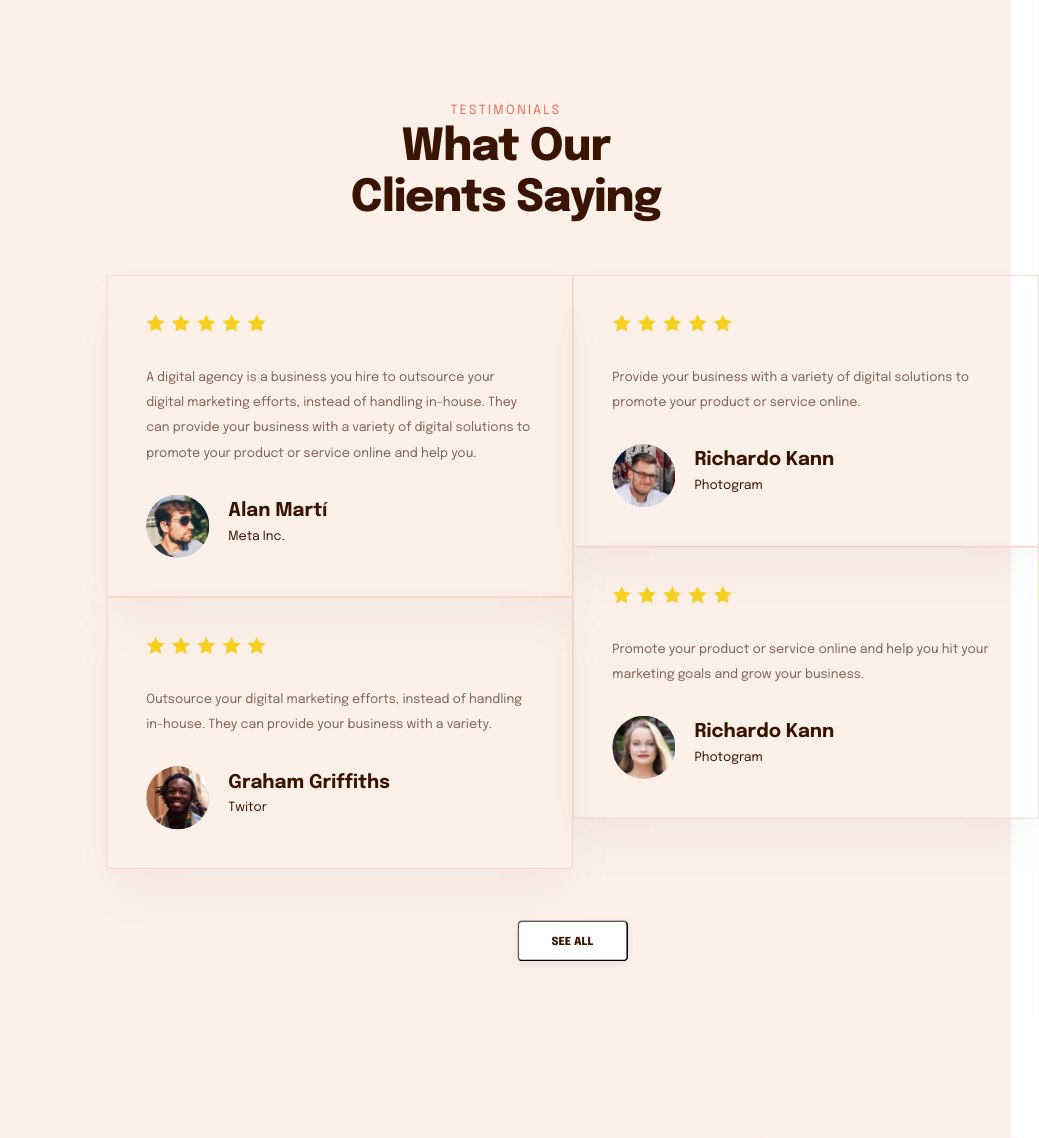
Repository: HeybetzadeQedim/task-6
Page: TESTIMONIALS/index.html
An editor plug-in stored every save of this project. The page is shown before and after the next save, followed by the edit.
The browser window is 1280 px wide. The page is 1315 px wide, then 1280 px, then 1315 px, so the pictures cover 1315 px, including what lies to the right of the window. The pictures show the whole page, at 79% of full size.

Above is the page before, as saved 2023-10-30 16:02:55.

### TESTIMONIALS/index.html
<!DOCTYPE html>
<html lang="en">
  <head>
    <meta charset="UTF-8" />
    <meta name="viewport" content="width=device-width, initial-scale=1.0" />
    <title>Document</title>
    <link rel="stylesheet" href="./index.css" />
  </head>
  <body>
    <div>
        <div class="main-container">
            <div class="text-container">
              <h5>Testimonials</h5>
              <h1>
                What Our<br />
                Clients Saying
              </h1>
            </div>

            <div class="box-container">
              <div class="left-container">
                <div class="box-1 box">
                  <img src="images/star.svg" />
                  <p class="text-1">
                    A digital agency is a business you hire to outsource your digital
                    marketing efforts, instead of handling in-house. They can provide
                    your business with a variety of digital solutions to promote your
                    product or service online and help you.
                  </p>
                  <div class="flex-container">
                    <img src="images/Oval (2).svg" />
                    <div class="text-2">
                      <h4>Alan Martí</h4>
                      <p>Meta Inc.</p>
                    </div>
                  </div>
                </div>
                <div>
                  <div class="box-2 box">
                    <img src="images/star.svg" />
                    <p class="text-1">
                      Outsource your digital marketing efforts, instead of handling
                      in-house. They can provide your business with a variety.
                    </p>
                    <div class="flex-container">
                      <img src="images/Oval (4).svg" />
                      <div class="text-2">
                        <h4>Graham Griffiths</h4>
                        <p>Twitor</p>
                      </div>
                    </div>
                  </div>
                </div>
              </div>

              <div class="right-container">
                <div class="box-3 box">
                  <img src="images/star.svg" />
                  <p class="text-1 ">
                    Provide your business with a variety of digital solutions to
                    promote your product or service online.
                  </p>
                  <div class="flex-container">
                    <img src="images/Oval (3).svg" />
                    <div class="text-2">
                      <h4>Richardo Kann</h4>
                      <p>Photogram</p>
                    </div>
                  </div>
                </div>

              <div class="box-4 box">
                  <img src="images/star.svg" />
                  <p class="text-1">
                    Promote your product or service online and help you hit your
                    marketing goals and grow your business.
                  </p>
                  <div class="flex-container">
                    <img src="images/Oval (5).svg" />
                    <div class="text-2">
                      <h4>Richardo Kann</h4>
                      <p>Photogram</p>
                    </div>
                  </div>
              </div>
            </div>

          </div>

          <button>See All</button>
    </div>

  </body>
</html>

### TESTIMONIALS/index.css
@import url("https://fonts.googleapis.com/css2?family=Epilogue:wght@400;700;800&display=swap");
* {
  padding: 0;
  margin: 0;
  box-sizing: border-box;
}
.main-container {
  padding: 124px 134px 108px 135px;
  background-color: #fdf0e9;
  min-height: 200vh;
}
.main-container .text-container h5 {
  color: var(--Text_Dark_Accent, #ef6d58);
  text-align: center;
  font-feature-settings: "clig" off, "liga" off;
  font-family: Epilogue;
  font-size: 16px;
  font-style: normal;
  font-weight: 400;
  line-height: 32px;
  letter-spacing: 3px;
  text-transform: uppercase;
}
.main-container .text-container h1 {
  color: var(--Text_Dark, #391400);
  text-align: center;
  font-feature-settings: "clig" off, "liga" off;
  font-family: Epilogue;
  font-size: 56px;
  font-style: normal;
  font-weight: 800;
  line-height: 64px;
  letter-spacing: -1px;
}
.box-container {
  margin-top: 64px;
  display: flex;
}

.box-contanier .box-1 img:first-child {
  width: 152px;
  height: 24px;
}
.text-1 {
  margin-top: 36px;
  margin-bottom: 36px;
  width: 490px;
  color: var(--Text_Dark_Gray, rgba(57, 20, 0, 0.64));
  font-feature-settings: "clig" off, "liga" off;
  font-family: Epilogue;
  font-size: 16px;
  font-style: normal;
  font-weight: 400;
  line-height: 32px;
}
.flex-container {
  display: flex;
}
.flex-container img {
  width: 80px;
  height: 80px;
}
.text-2 {
  margin-left: 24px;
  margin-top: 5px;
}
.text-2 h4 {
  color: var(--Text_Dark, #391400);
  font-feature-settings: "clig" off, "liga" off;
  font-family: Epilogue;
  font-size: 24px;
  font-style: normal;
  font-weight: 700;
  line-height: 32px;
}

.box {
  padding: 49px ;
  border: 1px solid #f3d1bf;
  box-shadow: 0px 32px 64px 0px rgba(57, 20, 0, 0.04);
}
.flex-container .text-2 p {
  color: var(--Text_Dark, #391400);
  font-feature-settings: "clig" off, "liga" off;
  font-family: Epilogue;
  font-size: 16px;
  font-style: normal;
  font-weight: 400;
  line-height: 32px;
}

button {
  color: #391400;
  margin-left: 520px;
  margin-top: 65px;
  font-family: Epilogue;
  font-size: 14px;
  font-style: normal;
  font-weight: 900;
  line-height: normal;
  text-transform: uppercase;
  padding: 18px 42px 16px 41px;
  border-radius: 6px;
  background: #fff;
  box-shadow: 0px 3px 9px 0px rgba(57, 20, 0, 0.08);
}

After the next save:
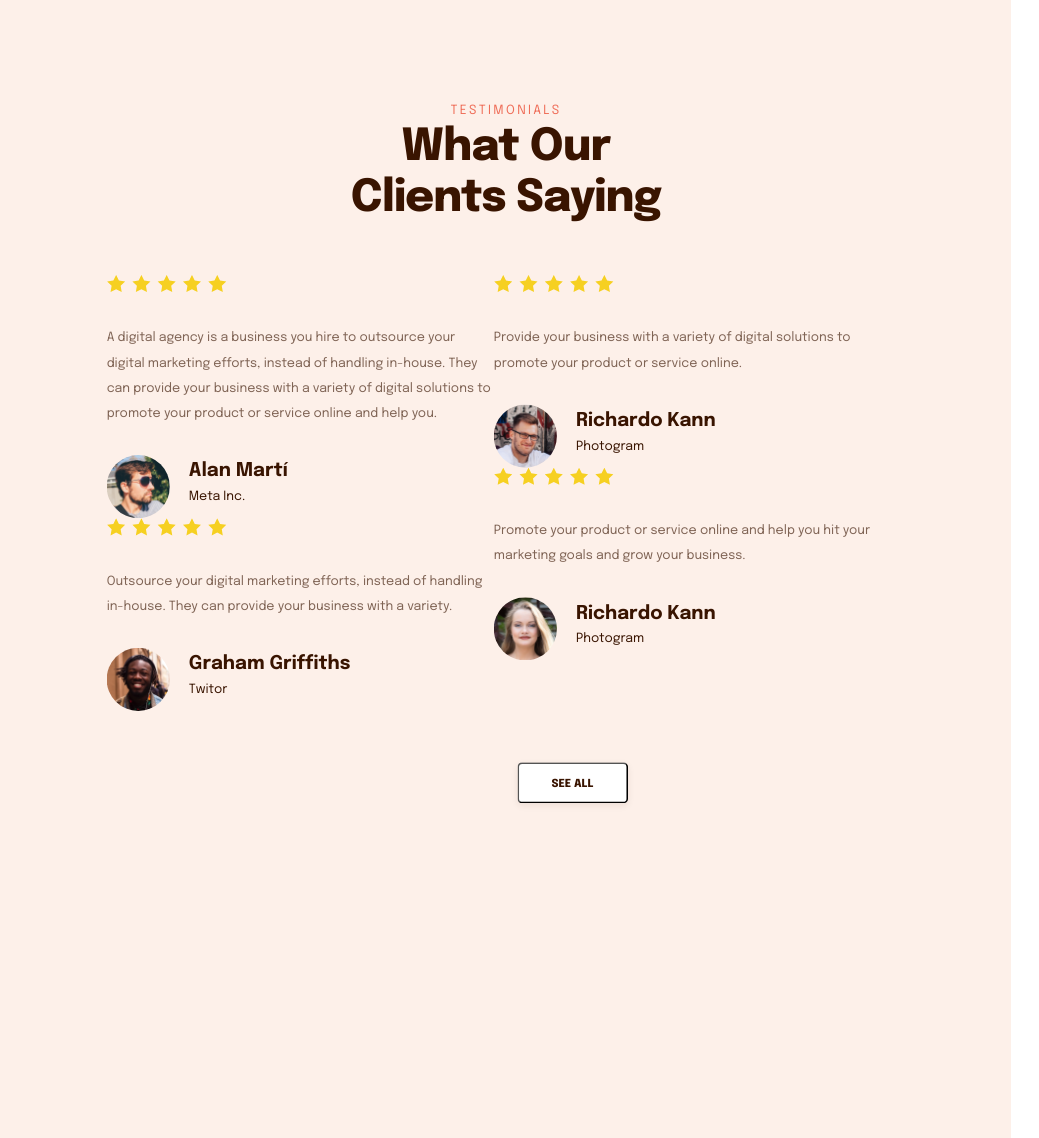
Saved 97 s later.
--- a/TESTIMONIALS/index.css
+++ b/TESTIMONIALS/index.css
@@ -74,11 +74,7 @@
   line-height: 32px;
 }
 
-.box {
-  padding: 49px ;
-  border: 1px solid #f3d1bf;
-  box-shadow: 0px 32px 64px 0px rgba(57, 20, 0, 0.04);
-}
+
 .flex-container .text-2 p {
   color: var(--Text_Dark, #391400);
   font-feature-settings: "clig" off, "liga" off;

After the save that followed:
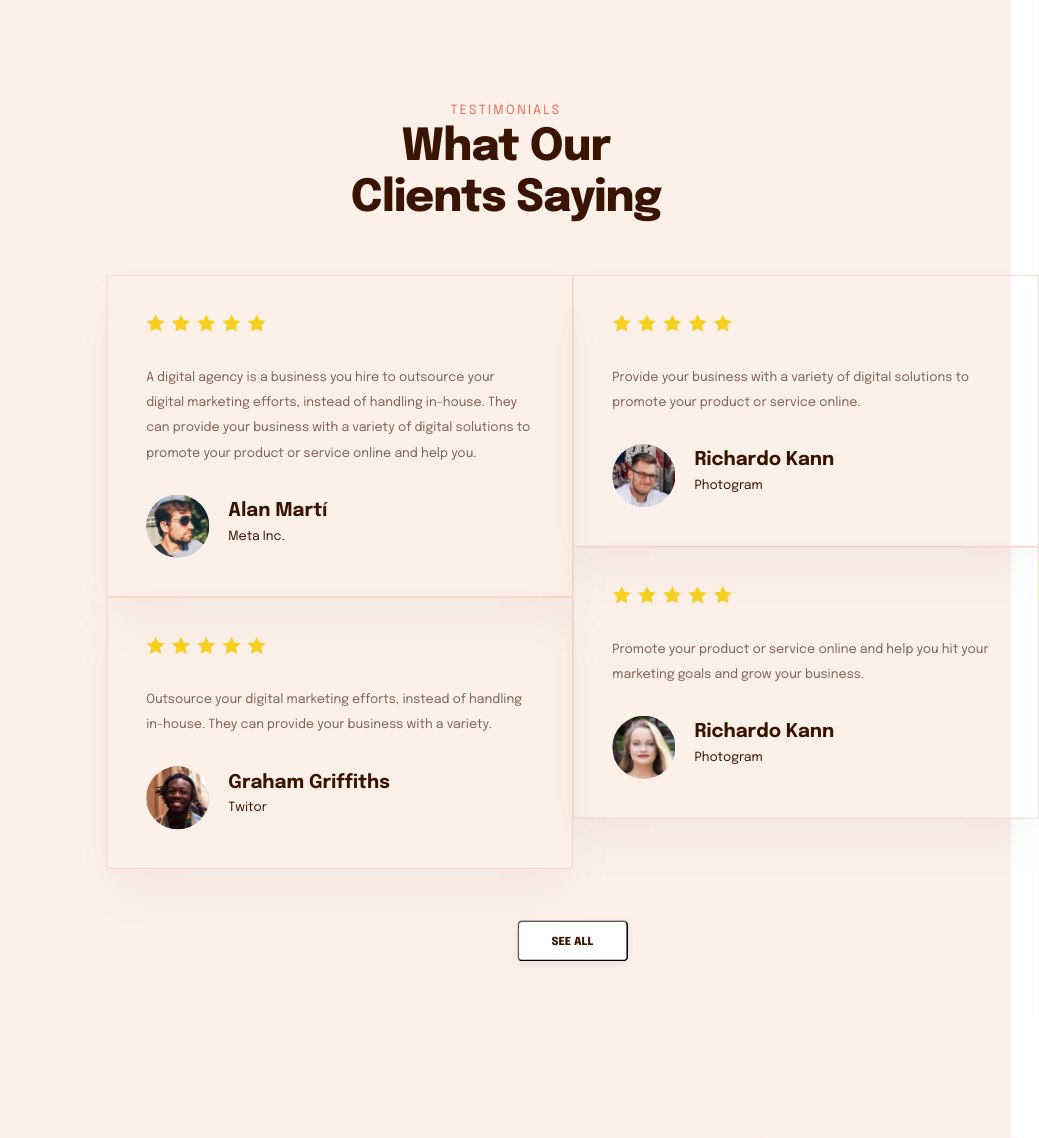
Saved 11 s later.
--- a/TESTIMONIALS/index.css
+++ b/TESTIMONIALS/index.css
@@ -36,7 +36,11 @@
   margin-top: 64px;
   display: flex;
 }
-
+.box {
+  padding: 49px ;
+  border: 1px solid #f3d1bf;
+  box-shadow: 0px 32px 64px 0px rgba(57, 20, 0, 0.04);
+}
 .box-contanier .box-1 img:first-child {
   width: 152px;
   height: 24px;
